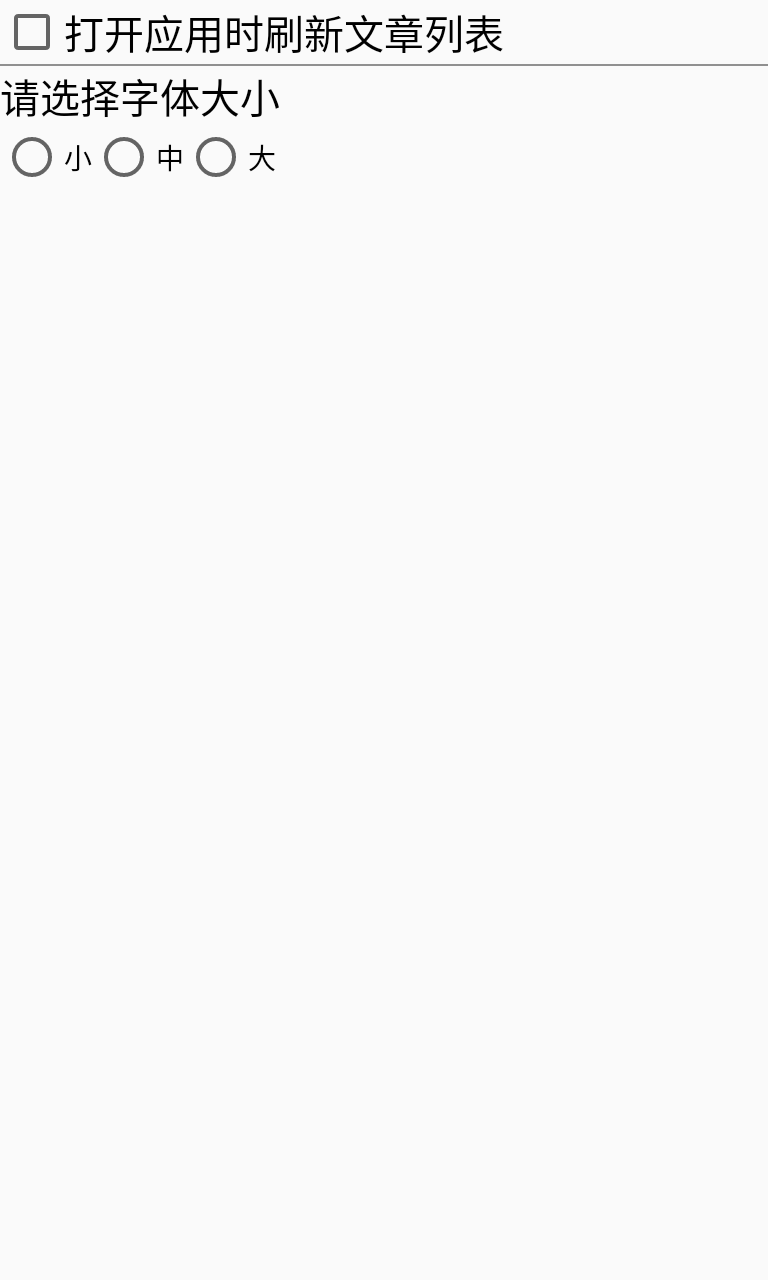
Repository: xdrush/MyRssReader
Layout: MyRssReader/res/layout/description_show.xml
The author's editor kept a copy of each file at every save. The layout is drawn from the files as they stood at one save, then again after the next save.
It is drawn on a 768 x 1280 px phone screen (xhdpi) without system bars, with theme AppTheme; the app's code is not run.

Above is the layout before, as saved 2015-07-29 10:17:03.

After the next save:
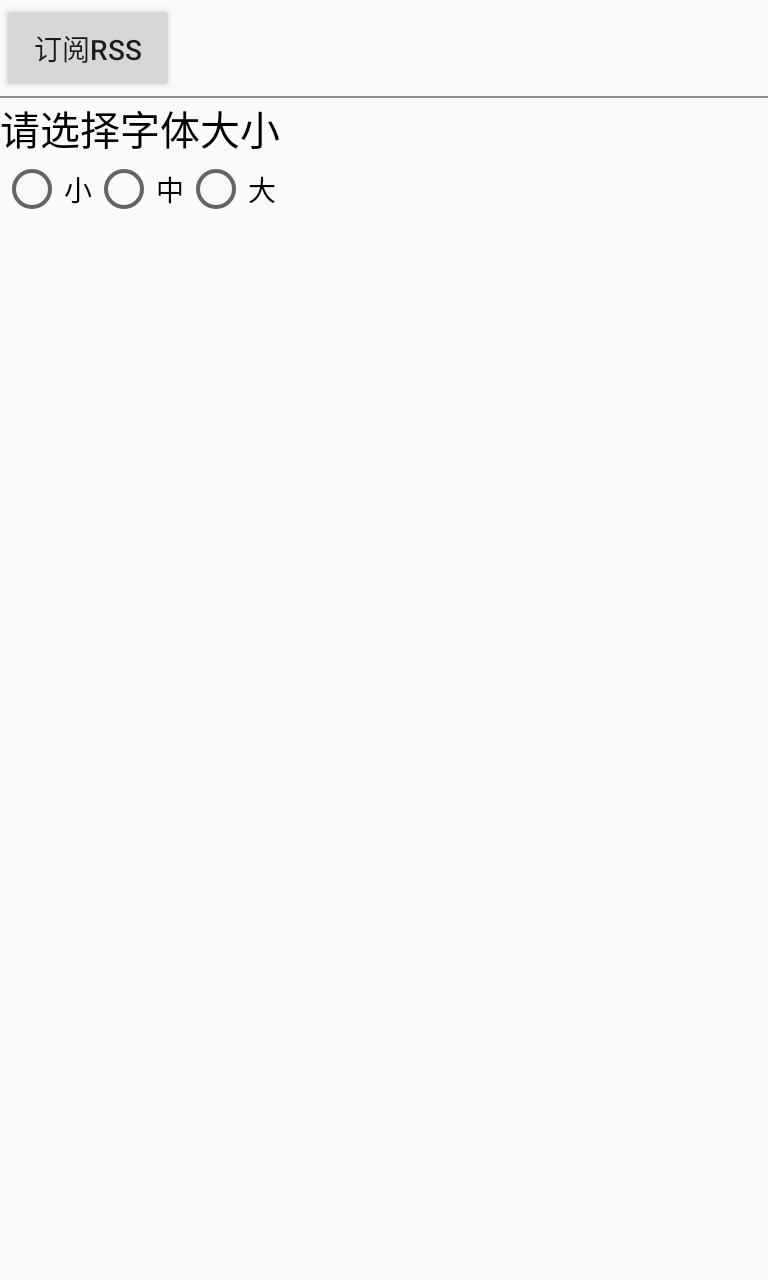
Saved 92 s later.
--- a/MyRssReader/res/layout/description_show.xml
+++ b/MyRssReader/res/layout/description_show.xml
@@ -9,12 +9,11 @@
         android:layout_height="wrap_content"
         android:gravity="left" >
 
-        <CheckBox
-    		android:id="@+id/checkbox1"
+        <Button
+    		android:id="@+id/description_btn"
     		android:layout_height="wrap_content"
     		android:layout_width="wrap_content"
-    		android:text="打开应用时刷新文章列表"
-    		android:textSize="9pt" />
+    		android:text="订阅RSS" />
     </RelativeLayout>
 
     <View
